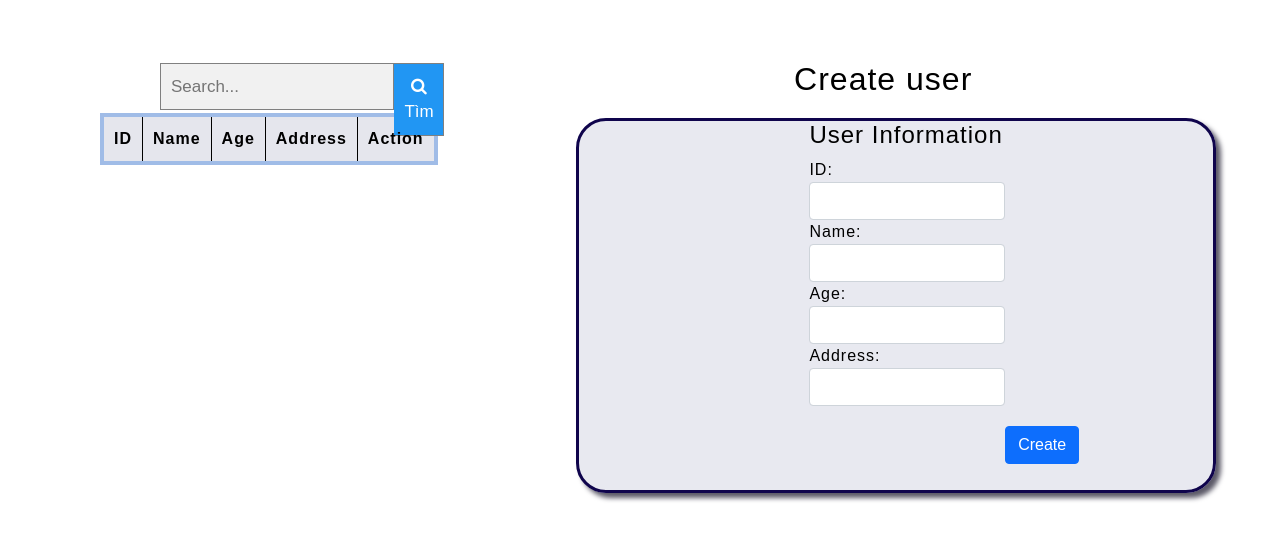
Repository: minhtuan16/JS-Basic
Page: CRUD-Department/create.html
These files come from the project's save history. The page is drawn as it stood at one moment and after the next save; the edit follows.
The browser window is 1280 px wide. The pictures show the whole page.

Above is the page before, as saved 2022-06-09 00:49:05.

After the next save:
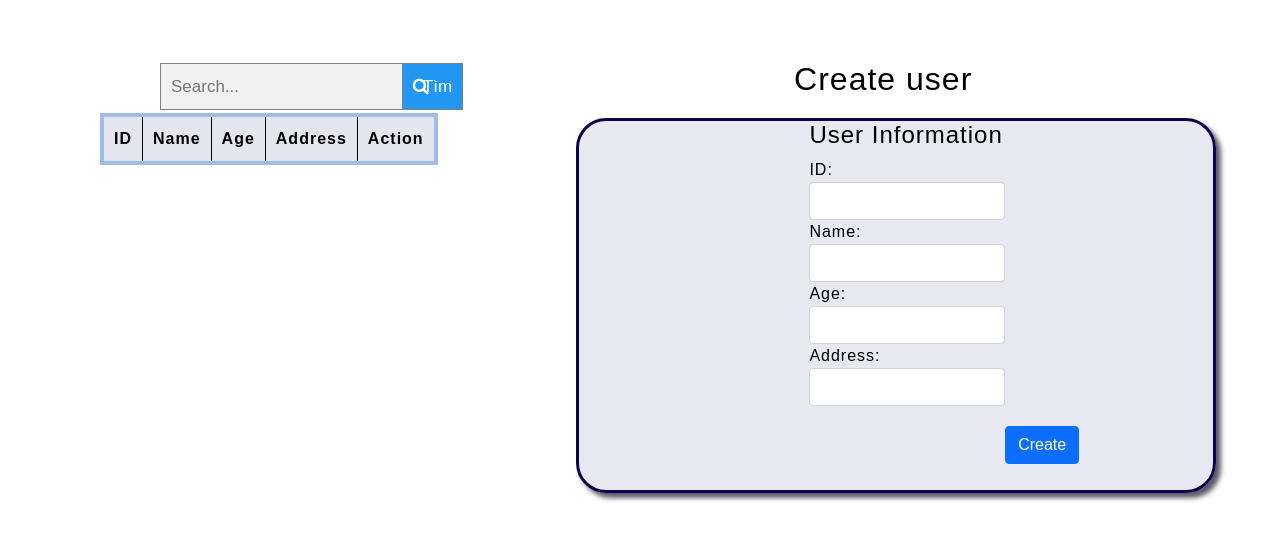
Saved 18 s later.
--- a/CRUD-Department/create.html
+++ b/CRUD-Department/create.html
@@ -44,7 +44,7 @@
     <div class="search-container">
         <form >
             <input type="text" placeholder="Search..." id="search" value="">
-            <button type="button" onclick="search()" style="width: 50px;"><i class="fa fa-search"></i>Tìm</button>
+            <button type="button" onclick="search()" ><i class="fa fa-search" style="width: 10px;"></i>Tìm</button>
         </form>
     </div>
 
